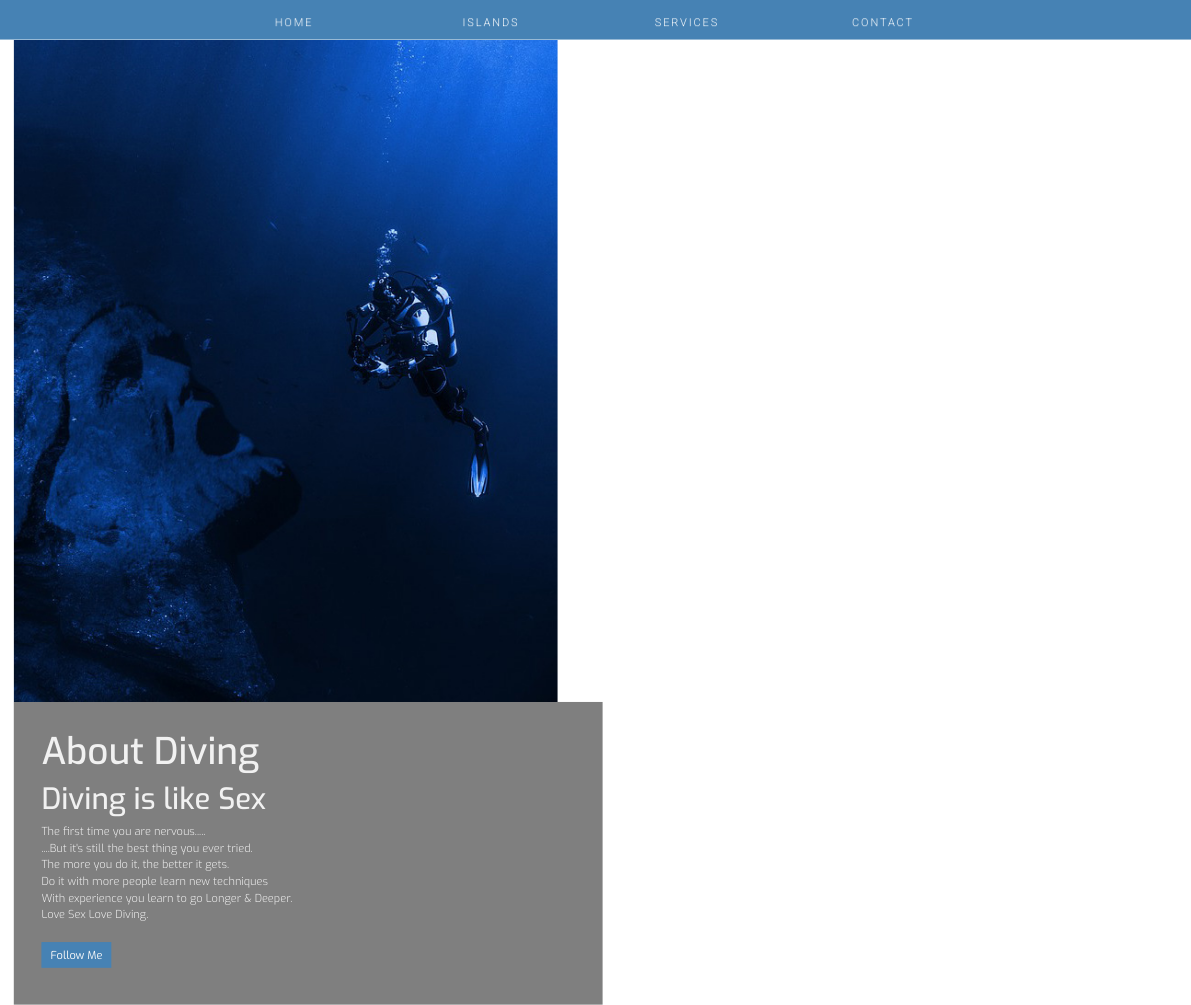
Repository: Code-Institute-Submissions/cathyann-diving.github.io
Page: home.html
The author's editor kept a record of every edit. The page is drawn from the files as they stood at one moment, then again after the next edit.
The browser window is 1280 px wide. The page is 1295 px wide, so the pictures cover 1295 px, including what lies to the right of the window. The pictures show the whole page, at 92% of full size.

Above is the page before.

After the next edit:
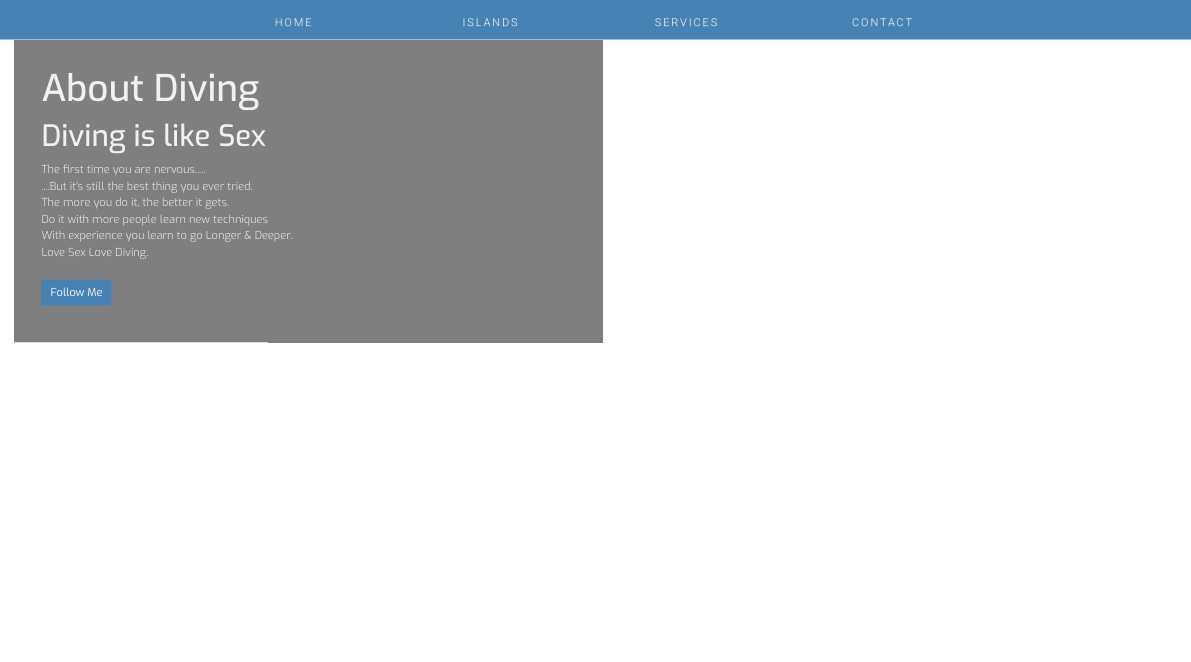
The edit:
--- a/home.html
+++ b/home.html
@@ -36,8 +36,7 @@
         </div>
     </div>
 
-        <div class="container">
-            <img src="../images/diver.jpg" alt="diver">
+        <div class="container bg-home">
             <div class="content col-12 col-sm-6 col-lg-6">
                 <h1>About Diving</h1>
                 <h2>Diving is like Sex</h2>
